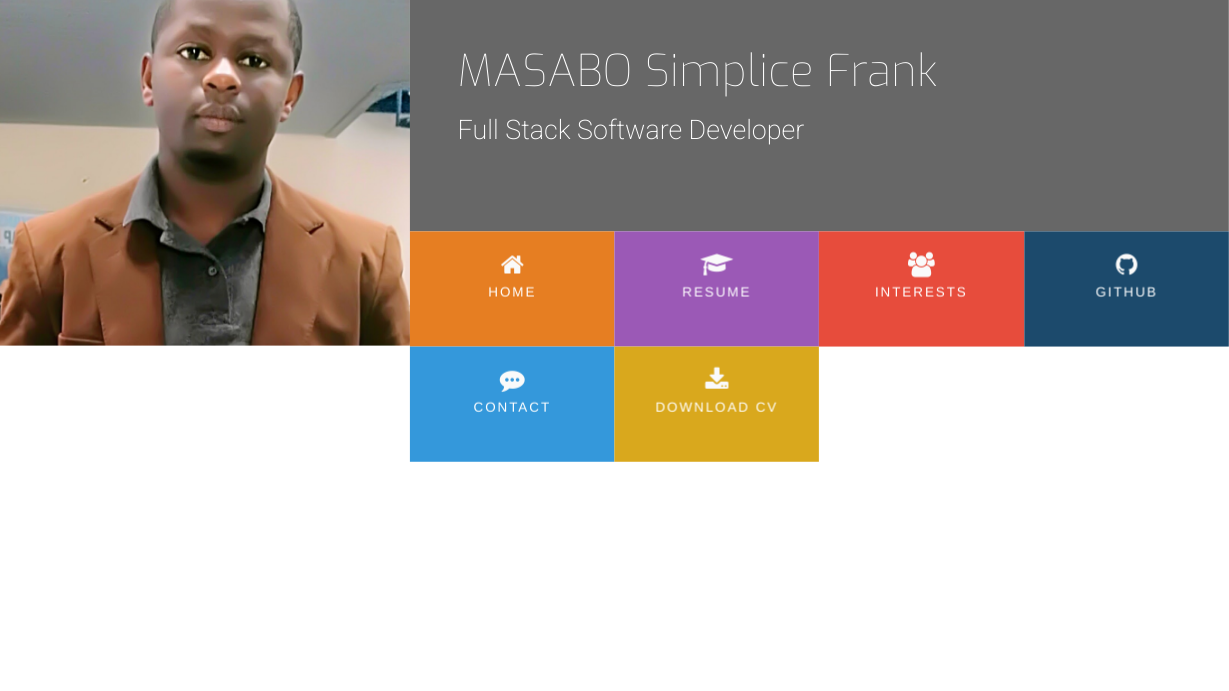
Repository: frankkode/who-is-frank
Page: index.html
The author's editor kept a record of every edit. The page is drawn from the files as they stood at one moment, then again after the next edit.
The browser window is 1280 px wide. The pictures show the whole page, at 96% of full size.
Some web libraries are served in a nearby version.

Above is the page before.

### index.html
<!DOCTYPE html>
<html>
    <head>
        <link rel="stylesheet" href="https://maxcdn.bootstrapcdn.com/bootstrap/3.3.7/css/bootstrap.min.css" type="text/css" />
        <link rel="stylesheet" href="https://maxcdn.bootstrapcdn.com/font-awesome/4.7.0/css/font-awesome.min.css" type="text/css" />
        <link rel="stylesheet" href="https://cdnjs.cloudflare.com/ajax/libs/hover.css/2.1.1/css/hover-min.css" type="text/css" />
        <link rel="stylesheet" href="assets/css/style.css" type="text/css" />
    </head>
    <body>
        <header class="container-fluid">
            <div class="row">
                <a href="index.html">
                    <div class="col-md-4 logo"></div>
                </a>
                <div class="col-md-8">
                    <div class="row bg-color-name-title">
                        <div class="heading">
                            <h1 class="name">MASABO Simplice Frank</h1>
                            <h2 class="title">Full Stack Software Developer</h2>
                        </div>
                    </div>
                    <div class="row">
                        <ul id="nav" class="list-inline clearfix">
                            <li class="col-xs-6 col-sm-3 ui-menu-color-home menuitem">
                                <a href="index.html" class="hvr-sweep-to-bottom"><i class="fa fa-home" aria-hidden="true"></i><span>Home</span></a>
                            </li>
                            <li class="col-xs-6 col-sm-3 ui-menu-color-resume menuitem">
                                <a href="resume.html" class="hvr-sweep-to-bottom"><i class="fa fa-graduation-cap" aria-hidden="true"></i><span>Resume</span></a>
                            </li>
                            <li class="col-xs-6 col-sm-3 ui-menu-color-interests menuitem">
                                <a href="interests.html" class="hvr-sweep-to-bottom"><i class="fa fa-users" aria-hidden="true"></i><span>Interests</span></a>
                            </li>
                            <li class="col-xs-6 col-sm-3 ui-menu-color-github menuitem">
                                <a href="github.html" class="hvr-sweep-to-bottom"><i class="fa fa-github" aria-hidden="true"></i><span>GitHub</span></a>
                            </li>
                             <li class="col-xs-6 col-sm-3 ui-menu-color-contact menuitem">
                                <a href="contact.html" class="hvr-sweep-to-bottom"><i class="fa fa-commenting" aria-hidden="true"></i><span>Contact</span></a>
                            </li>
                            <li class="col-xs-6 col-sm-3 ui-menu-color-download menuitem">
                                <a href="assets/cv/sample-cv.pdf" target="_blank" class="hvr-sweep-to-bottom"><i class="fa fa-download" aria-hidden="true"></i><span>Download CV</span></a>
                            </li>

                        </ul>
                    </div>
                </div>
            </div>
        </header>
        <!--<section class="container-fluid">
            <div class="row row-table">
                <div class="col-xs-12 col-sm-12 col-md-4 bg-color-personal-info section-column">
                    <div class="row">
                        <div class="col-md-12">

                           <h3 class="section-heading uppercase">Personal Info </h3>
                        </div>
                    </div>
                    <div class="personal-info-item">
                        <div class="key">
                            <p class="uppercase">Name:</p>
                        </div>
                        <div class="value">
                            <p>MASABO Simplice Frank</p>
                        </div>
                    </div>
                    <div class="personal-info-item">
                        <div class="key">
                            <p class="uppercase">Address:</p>
                        </div>
                        <div class="value">
                            <p>potatisv&auml;gen 4A, S&auml;vast, BODEN, SWEDEN</p>
                        </div>
                    </div>
                    <div class="personal-info-item">
                        <div class="key">
                            <p class="uppercase">Phone:</p>
                        </div>
                        <div class="value">
                            <p>+46704052680</p>
                        </div>
                    </div>
                    <div class="personal-info-item">
                        <div class="key">
                            <p class="uppercase">Email:</p>
                        </div>
                        <div class="value">
                            <p>masasimpafra@gmail.com</p>
                        </div>
                    </div>
                </div>
                <div class="col-xs-12 col-sm-12 col-md-8 bg-color-three-reasons section-column">
                    <div class="row">
                        <div class="col-md-12">
                            <h3 class="section-heading uppercase">About me</h3>
                        </div>
                    </div>
                    <div class="row">
                        <div class="col-xs-10 col-xs-offset-1 col-sm-offset-0 col-sm-4 col-md-6">
                            <div class="row">
                                <div class="col-xs-2 col-sm-2 col-md-2">
                                    <i class="three-reasons-icons fa fa-question" aria-hidden="true"></i>
                                </div>
                                <div class="col-xs-10 col-sm-10">
                                    <h4 class="three-reasons-heading uppercase">What do I do?</h4>
                                    <p>
                                        I'm a skilled Full Stack Developer with a wealth of diverse
                                        life and technical experience that I bring to every project.
                                    </p>
                                </div>
                            </div>
                        </div>
                        <div class="col-xs-10 col-xs-offset-1 col-sm-offset-0 col-sm-4 col-md-6">
                                <div class="row">
                                    <div class="col-xs-2 col-sm-2 col-md-2">
                                        <i class="three-reasons-icons fa fa-thumbs-up" aria-hidden="true"></i>
                                    </div>
                                    <div class="col-xs-10 col-sm-10">
                                        <h4 class="three-reasons-heading uppercase">How do I do it?</h4>
                                        <p>
                                            I follow form as well as function.
                                            I know that the aesthetics of effectitive design combined with application speed,
                                            security and reliability combine t create a create user experience.
                                        </p>
                                    </div>
                                </div>
                            </div>
                        <div class="col-xs-10 col-xs-offset-1 col-sm-offset-0 col-sm-4 col-md-6">
                            <div class="row">
                                <div class="col-xs-2 col-sm-2 col-md-2">
                                    <i class="three-reasons-icons fa fa-bolt" aria-hidden="true"></i>
                                </div>
                                <div class="col-xs-10 col-sm-10">
                                    <h4 class="three-reasons-heading uppercase">Why hire me?</h4>
                                    <p>
                                        I work quickly and effectively in getting things built and working across the stack.
                                        I'm an excellent communicator who thrives in bright and enthusiastic teams and I'm
                                        also a self starter when working solo.
                                    </p>
                                </div>
                            </div>
                        </div>
                    </div>
                </div>
            </div>
        </section>
        <footer class="container-fluid">
            <div class="row">
                <div class="col-sm-4">
                    <h5 class="uppercase general-sub">About</h5>
                    <p class="inline-block">
                        Full Stack Web Developer. Skilled in everything from HTML to Heroku.
                        The capacity for structural and design thinking.
                    </p>
                </div>
                <div class="col-sm-4">
                    <h5 class="uppercase general-sub">Download My CV</h5>
                    <p class="inline-block">
                        Need a printable version of my CV? Download it here.
                        <a href="#" class="cv-pdf"><i class="fa fa-download" aria-hidden="true"></i></a>
                    </p>
                </div>
                <div class="col-sm-4">
                    <h5 class="uppercase general-sub">My Social</h5>
                    <ul class="list-inline social-links">
                        <li><a target="_blank" href="#"><i class="fa fa-facebook"></i></a></li>
                        <li><a target="_blank" href="#"><i class="fa fa-twitter"></i></a></li>
                        <li><a target="_blank" href="#"><i class="fa fa-linkedin"></i></a></li>
                        <li><a target="_blank" href="#"><i class="fa fa-pinterest"></i></a></li>
                        <li><a target="_blank" href="#"><i class="fa fa-instagram"></i></a></li>
                        <li><a target="_blank" href="#"><i class="fa fa-youtube"></i></a></li>
                    </ul>
                </div>
            </div>
        </footer>
    </body>
</html>

### assets/css/style.css
@import url('https://fonts.googleapis.com/css?family=Roboto:100,200,300,400,500,600,700|Exo:100,200,300,400,500,600,700');

/*--------------------------------------------Colors*/

.bg-color-name-title {
    background-color: #676767;
}

.bg-color-three-reasons {
    background-color: #ffffff;
}

.ui-menu-color-home {
    background-color: #e67e22;
}
.ui-menu-color-resume {
    background-color: #9b59b6;
}
.ui-menu-color-contact {
    background-color: #3498db;
}
.ui-menu-color-download {
    background-color: #d9a81d;
}
.ui-menu-color-github {
    background-color: #1c4a6c;
}
.ui-menu-color-interests {
    background-color: #e74c3c;
}


.bg-color-personal-info {
    background-color: #fafafa;
}

.bg-color-work-history {
    background-color: #9b59b6;
}

/*--------------------------------------------Special Paddings/Margins/Text*/

h1,
h2,
h3,
h4 {
    margin: 0;
}

.uppercase {
    text-transform: uppercase;
}

.general-sub {
    font-family: "Exo", sans-serif;
    font-weight: 300;
    color: #fafafa;
}

.inline-block {
    display: inline-block;
}

.row-table {
    display: table;
}

.section-heading {
    font-family: "Exo", sans-serif;
    font-weight: 300;
    margin-top: 25px;
    margin-bottom: 40px;
}
/*--------------------------------------------Heading*/

header {
    margin: 0;
}

.heading {
    margin-left: 50px;
}

.logo {
    background: url("../images/frank.png");
    background-position: center;
    background-repeat: no-repeat;
    background-size: cover;
    min-height: 360px;
    transition: all .5s ease-in-out;
    -moz-transition: all .5s ease-in-out;
    -webkit-transition: all .5s ease-in-out;
}

.name {
    font-family: "Exo", sans-serif;
    font-weight: 100;
    font-size: 46px;
    margin-top: 50px;
    color: #ffffff;
}

.title {
    font-family: "Roboto", sans-serif;
    font-weight: 200;
    font-size: 28px;
    margin-top: 20px;
    margin-bottom: 90px;
    color: #ffffff;
}

#nav {
    margin: 0;
}

#nav li {
    padding: 0;
}

.menuitem {
    height: 120px;
    text-align: center;
    padding: 0;
}

.menuitem a {
    width: 100%;
    text-decoration: none;
    color: #ffffff;
    height: 120px;
}

.menuitem a i {
    padding-top: 22px;
    display: block;
    color: #fafafa;
    font-size: 26px;
}

.menuitem span {
    display: block;
    width: 100%;
    padding-top: 5px;
    text-align: center;
    text-transform: uppercase;
    font-size: 14px;
    font-weight: 300;
    letter-spacing: 2px;
}

/*--------------------------------------------Hover.css*/

.hvr-sweep-to-bottom:before {
    background: rgba(0, 0, 0, 0.2);
    height: 120px;
}

/*--------------------------------------------Footer*/
footer {
    background-color: #525252;
    color: #fafafa;
    min-height: 120px;
    margin: 0;
}

footer .cv-pdf i {
    color: #fafafa;
    text-align: center;
    font-size: 18px;
    padding-left: 5px;
}

footer .cv-pdf i:hover {
    color: #e84610;
    transition: all 0.35s ease-in-out;
    -moz-transition: all 0.35s ease-in-out;
    -webkit-transition: all 0.35s ease-in-out;
    -o-transition: all 0.35s ease-in-out;
}

.social-links {
    padding-bottom: 15px;
}

.social-links li a i {
    width: 32px;
    height: 32px;
    padding: 12px 0;
    border-radius: 50%;
    font-size: 13px;
    line-height: 7px;
    text-align: center;
    color: #fafafa;
    background: #8f8f8f;
    transition: all 0.35s ease-in-out;
    -moz-transition: all 0.35s ease-in-out;
    -webkit-transition: all 0.35s ease-in-out;
    -o-transition: all 0.35s ease-in-out;
}

.social-links li a i:hover {
    background: #e84610;
}

#footer-details {
    margin: 20px;
}

/*--------------------------------------------Three Reasons*/

.three-reasons-icons {
    font-size: 26px;
    color: #e67e22
}




.three-reasons-heading {
    margin-bottom: 15px;
}


/*--------------------------------------------Personal Info*/

.personal-info-item {
    margin-bottom: 20px;
    display: block;
    clear: both;
}

.personal-info-item .key,
.personal-info-item .value {
    padding-right: 8px;
}

.personal-info-item .key p,
.personal-info-item .value p {
    margin: 0;
}

.personal-info-item .key {
    display: inline-block;
    width: 30%;
    margin-right: 21px;
    padding-top: 2px;
    vertical-align: top;
}

.personal-info-item .key p {
    font-weight: 700;
}

.personal-info-item .value {
    display: inline-block;
    position: relative;
    width: 60%;
}

/*--------------------------------------------Skills*/

.progress {
    position: relative;
    height: 25px;
}

.progress-type {
    position: absolute;
    left: 0px;
    font-weight: 400;
    padding: 3px 30px 2px 10px;
    color: #fafafa;
    background-color: rgba(25, 25, 25, 0.2);
}

.progress-section {
    margin: 40px 20px;
}

/*--------------------------------------------Work History*/
.timeline-item {
    padding: 4em 2em 0em 2em;
    position: relative;
    color: #fafafa;
    border-left: 1px solid;
}

.timeline-item p {
    padding: 0;
    margin: 0;
}

.timeline-item::before {
    content: attr(dates);
    position: absolute;
    left: 2.5em;
    top: 3em;
    display: block;
    font-family: "Exo", sans-serif;
    font-weight: 500;
    font-size: .8em;
    padding: 0;
    margin: 0;
}

.timeline-item::after {
    width: 12px;
    height: 12px;
    display: block;
    top: 2.4em;
    position: absolute;
    left: -6px;
    border-radius: 12px;
    content: '';
    background: #fafafa;
}

.history-heading {
    color: #fafafa;
    margin-bottom: 50px;
}

.history-items {
    margin-bottom: 30px;
}

/*--------------------------------------------Contact*/

.contact-heading {
    font-family: "Exo", sans-serif;
    font-weight: 300;
    margin-top: 25px;
    margin-bottom: 20px;
}


.center-form {
    padding-top: 10px;
    margin: 0 auto;
    max-width: 70%;
}

button[type="submit"] {
    margin-top: 15px;
    margin-bottom: 20px;
    background-color: #e84610;
    color: #fafafa;
}

/*--------------------------------------------Media Queries*/

@media(min-width: 992px) {
    .section-column {
        padding: 0 30px 30px;
        float: none;
        display: table-cell;
    }

    .center-form {
        padding-top: 30px;
        min-height: 240px;
        margin: 0 auto;
        max-width: 50%;
    }
}
div#map {min-height: 360px;}

After the next edit:
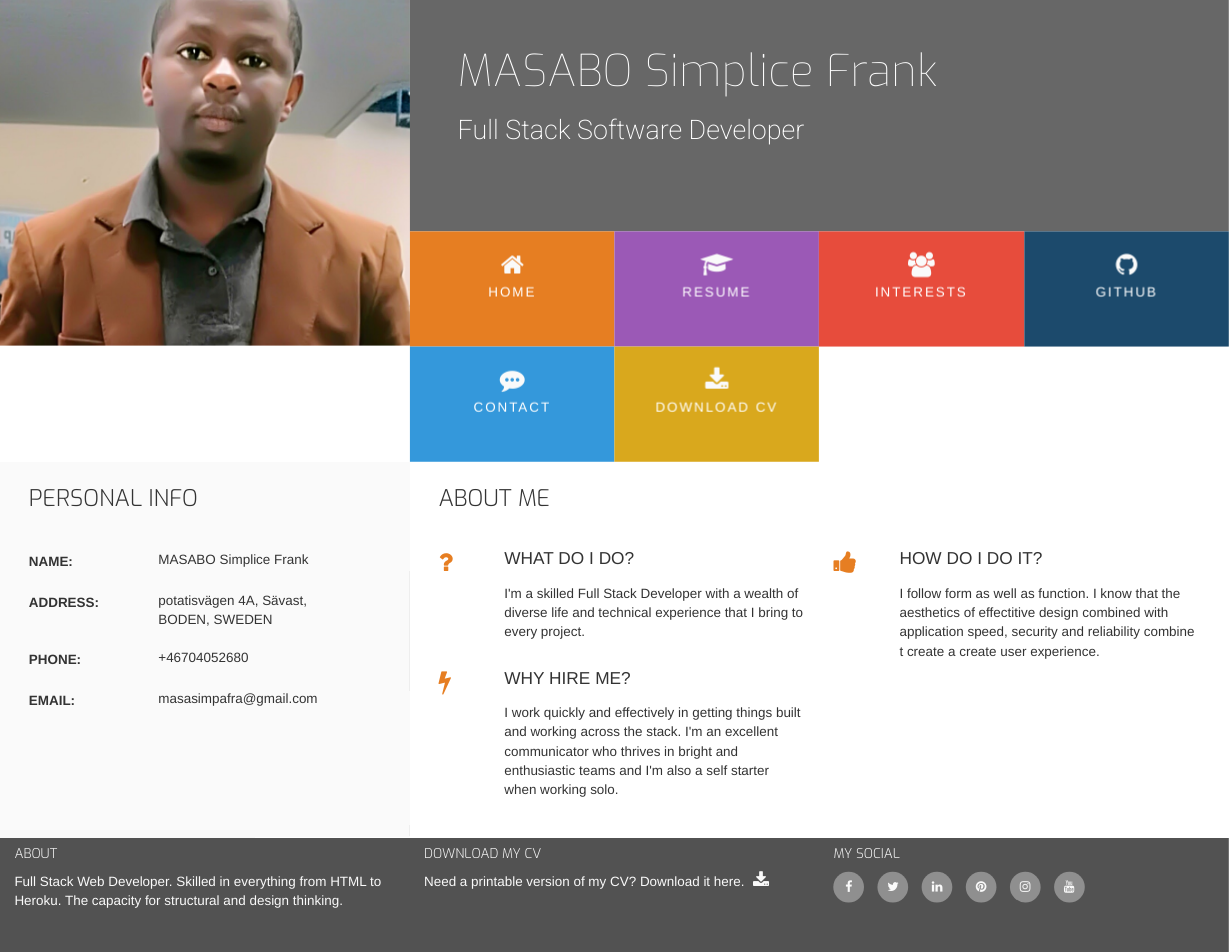
The edit:
--- a/index.html
+++ b/index.html
@@ -45,7 +45,7 @@
                 </div>
             </div>
         </header>
-        <!--<section class="container-fluid">
+        <section class="container-fluid">
             <div class="row row-table">
                 <div class="col-xs-12 col-sm-12 col-md-4 bg-color-personal-info section-column">
                     <div class="row">
